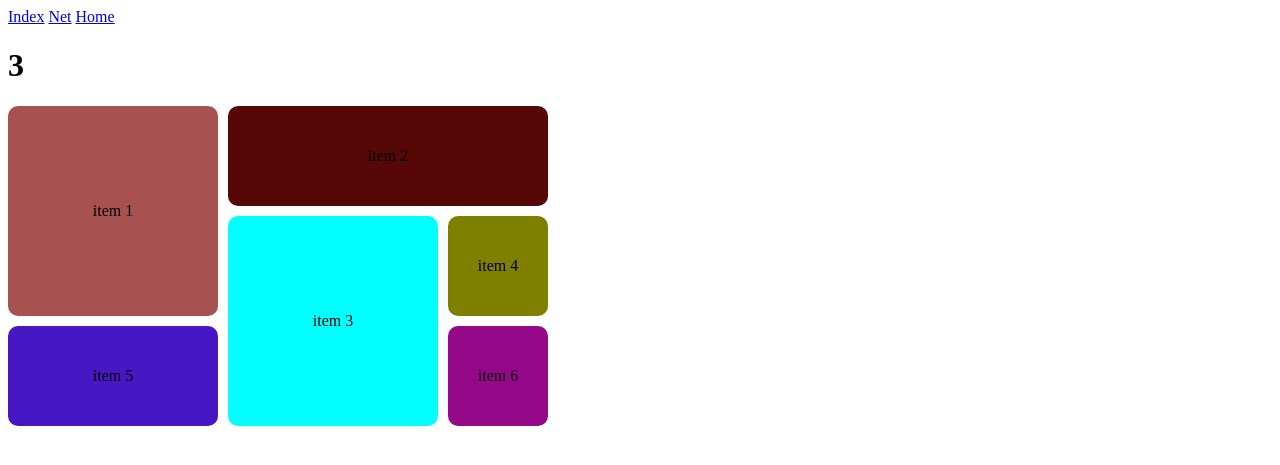
Repository: Nguyen-Toan-2004/du-an-test
Page: product.htm
An editor plug-in stored every save of this project. The page is shown before and after the next save, followed by the edit.
The browser window is 1280 px wide. The pictures show the whole page.

Above is the page before, as saved 2025-10-22 20:36:44.

### product.htm
<!DOCTYPE html>
<html lang="en">
  <head>
    <meta charset="UTF-8" />
    <meta name="viewport" content="width=device-width, initial-scale=1.0" />
    <title>Product</title>
  </head>
  <body>
    <a href="index.html">Index</a>
    <a href="net.htm">Net</a>
    <a href="home.html">Home</a>
    <h1>3</h1>
    <style>
      .container {
        display: grid;
        grid-template-columns: repeat(5, 100px);
        grid-template-rows: repeat(3, 100px);
        gap: 10px;
      }
      .box {
        display: flex;
        justify-content: center;
        align-items: center;
        border-radius: 10px;
      }
      .box1 {
        background: #a85151;
        grid-row-start: 1;
        grid-row-end: 3;
        grid-column-start: 1;
        grid-column-end: 3;
      }
      .box2 {
        background: #580707;
        grid-column-start: 3;
        grid-column-end: 6;
      }
      .box3 {
        background: aqua;
        grid-row-start: 2;
        grid-row-end: 4;
        grid-column-start: 3;
        grid-column-end: 5;
      }
      .box4 {
        background: olive;
      }
      .box5 {
        background: #4817c4;
        grid-column-start: 1;
        grid-column-end: 3;
      }
      .box6 {
        background: #96088a;
      }
    </style>
    <div class="container">
      <div class="box box1">item 1</div>
      <div class="box box2">item 2</div>
      <div class="box box3">item 3</div>
      <div class="box box4">item 4</div>
      <div class="box box5">item 5</div>
      <div class="box box6">item 6</div>
    </div>
  </body>
</html>

After the next save:
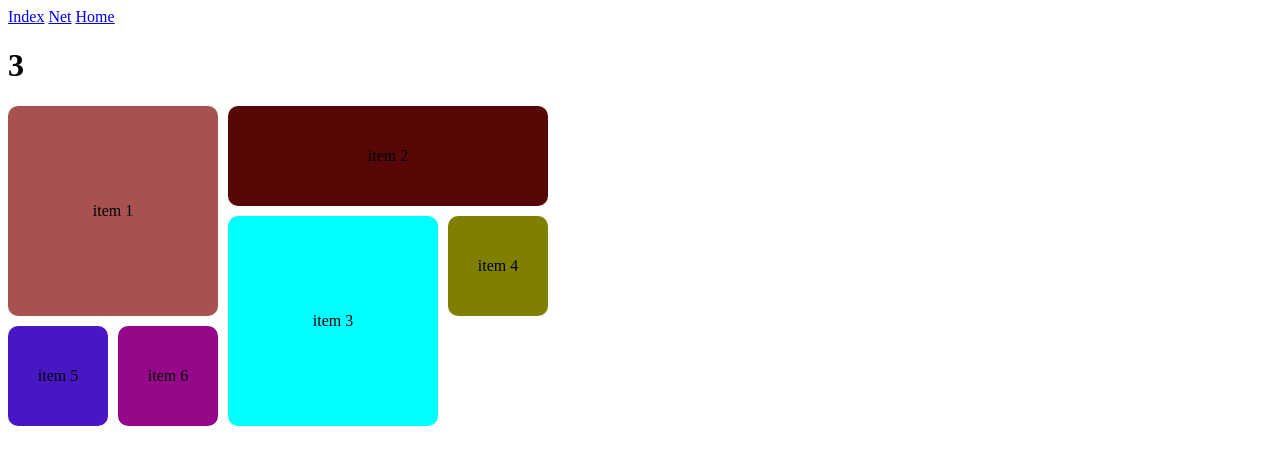
Saved 2 min 27 s later.
--- a/product.htm
+++ b/product.htm
@@ -47,8 +47,6 @@
       }
       .box5 {
         background: #4817c4;
-        grid-column-start: 1;
-        grid-column-end: 3;
       }
       .box6 {
         background: #96088a;
